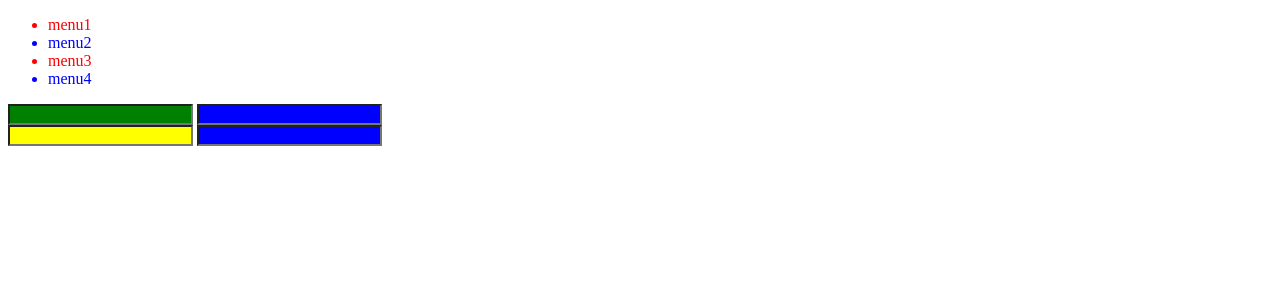
Repository: LucestDail/WebEclipse-Workspace
Page: htmlProject/WebContent/cssEx3.html
The author's editor kept a copy of each file at every save. The page is drawn from the files as they stood at one save, then again after the next save.
The browser window is 1280 px wide. The pictures show the whole page.

Above is the page before, as saved 2020-11-06 05:17:15.

After the next save:
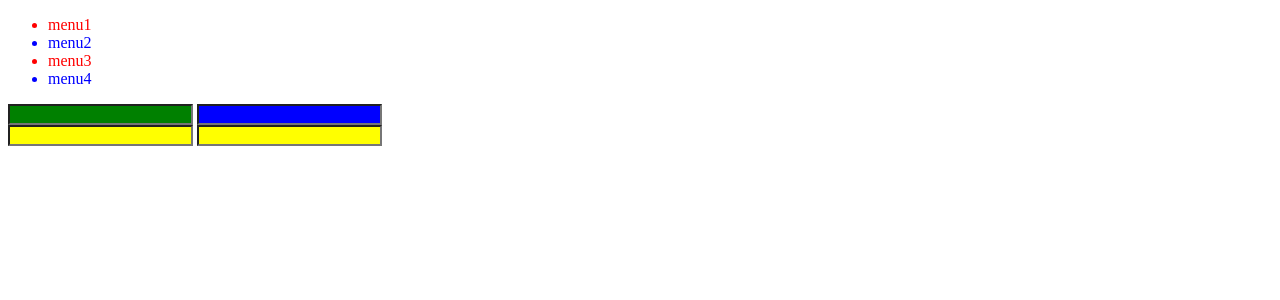
Saved 26 s later.
--- a/htmlProject/WebContent/cssEx3.html
+++ b/htmlProject/WebContent/cssEx3.html
@@ -33,7 +33,7 @@
 	<input type = "text">
 	<input type = "password"><br>
 	<input type = "text" id = "yellow">
-	<input type = "password"><br>
+	<input type = "password" id = "yellow"><br>
 </form>
 </body>
 </html>
